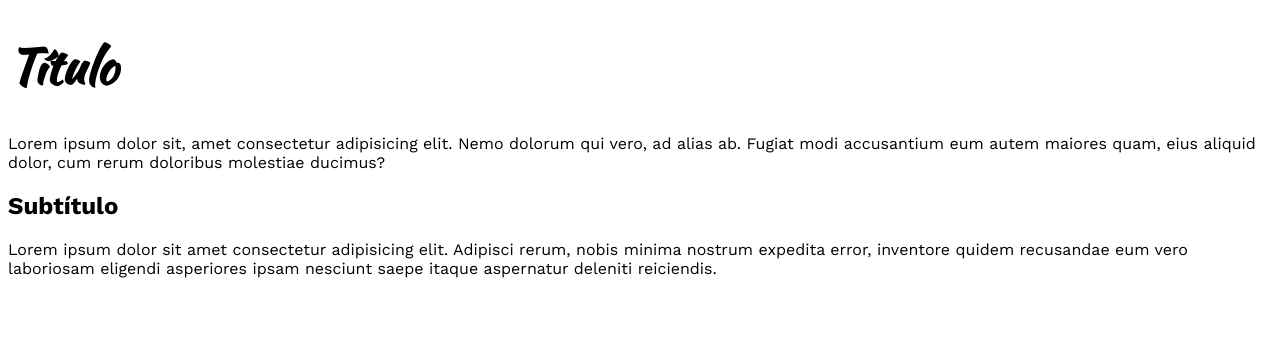
Repository: pheonix5/Estudo
Page: html-css/exercicios/ex018/fonte01.html
An editor plug-in stored every save of this project. The page is shown before and after the next save, followed by the edit.
The browser window is 1280 px wide. The pictures show the whole page.

Above is the page before, as saved 2023-08-12 23:38:28.

After the next save:
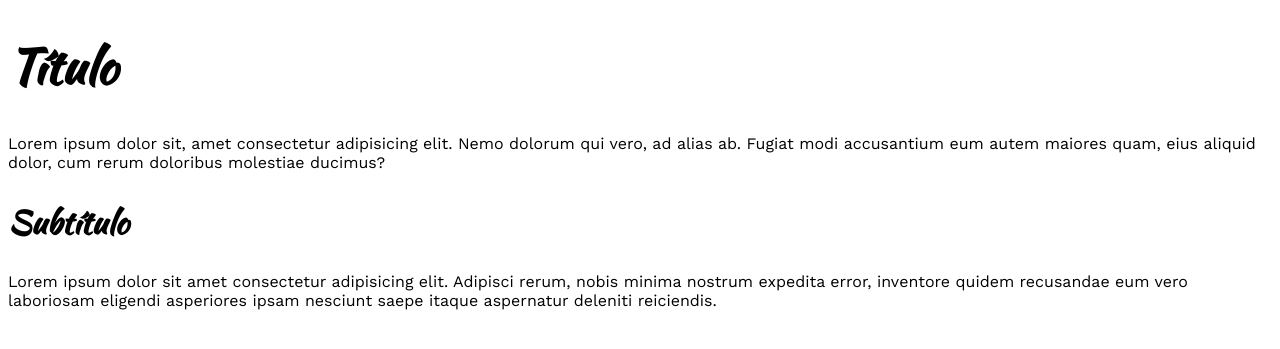
Saved 22 s later.
--- a/html-css/exercicios/ex018/fonte01.html
+++ b/html-css/exercicios/ex018/fonte01.html
@@ -17,6 +17,11 @@
       font-family: 'Kaushan Script', serif;
       font-size: 3em;
     }
+
+    h2{
+      font-family: 'Kaushan Script', serif;
+      font-size: 2em;
+    }
   </style>
 </head>
 <body>
